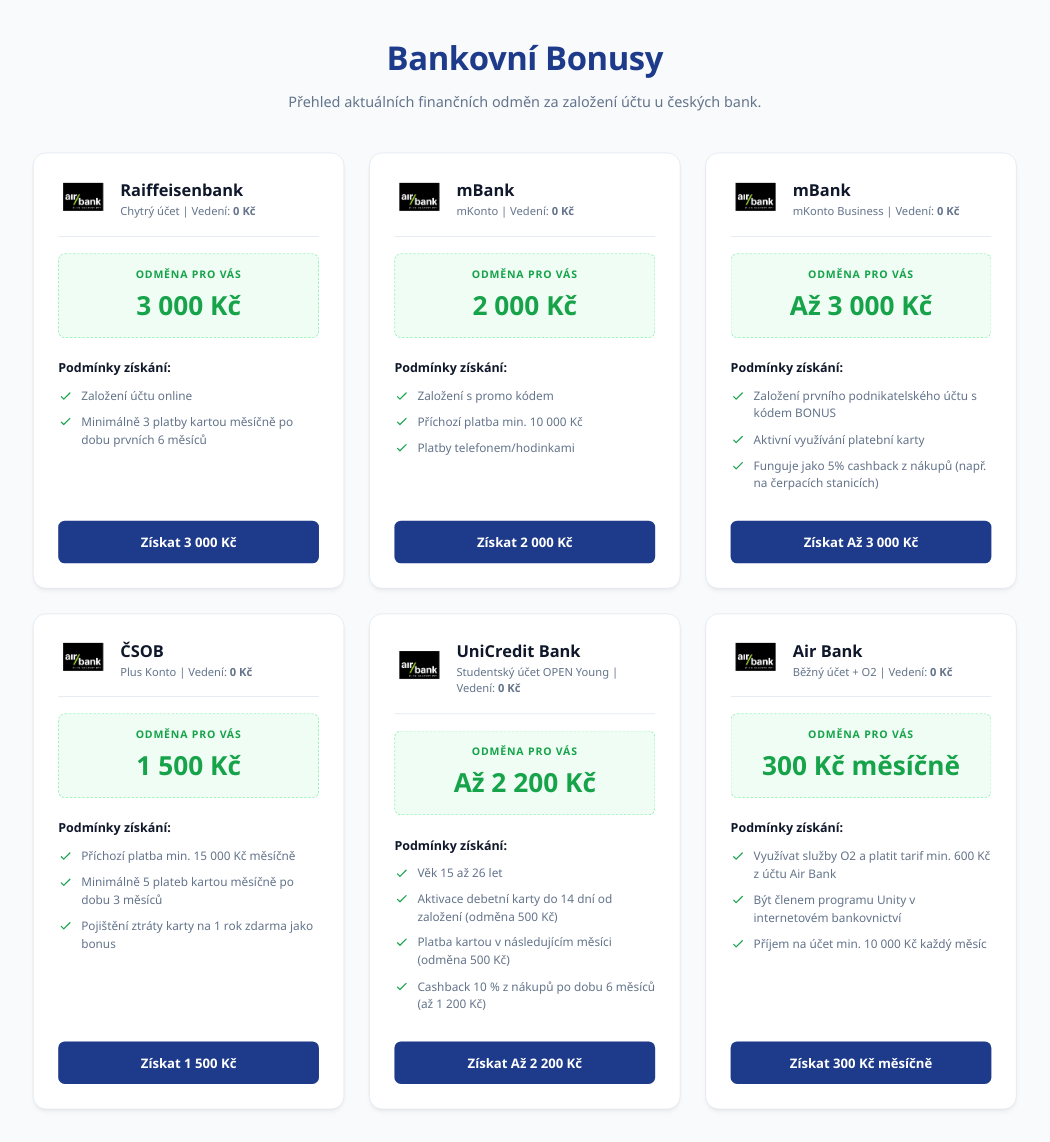
Repository: Martin49232/bankovnibonusy
Page: index.html
The author's editor kept a copy of each file at every save. The page is drawn from the files as they stood at one save, then again after the next save.
The browser window is 1280 px wide. The pictures show the whole page, at 82% of full size.

Above is the page before, as saved 2026-03-10 17:21:56.

### index.html
<!DOCTYPE html>
<!DOCTYPE html>
<html lang="cs">
<head>
    <meta charset="UTF-8">
    <meta name="viewport" content="width=device-width, initial-scale=1.0">
    <title>Bankovní Bonusy | Nejlepší účty v ČR</title>
    <style>
        :root {
            --primary: #1e3a8a;
            --success: #16a34a;
            --bg-color: #f8fafc;
            --card-bg: #ffffff;
            --text-main: #0f172a;
            --text-muted: #64748b;
            --border: #e2e8f0;
        }

        body {
            font-family: 'Segoe UI', system-ui, -apple-system, sans-serif;
            background: var(--bg-color);
            margin: 0;
            padding: 40px 20px;
            color: var(--text-main);
            line-height: 1.5;
        }

        .container {
            max-width: 1200px;
            margin: 0 auto;
        }

        header {
            text-align: center;
            margin-bottom: 50px;
        }

        h1 {
            color: var(--primary);
            font-size: 2.5rem;
            margin: 0 0 10px 0;
            letter-spacing: -0.5px;
        }

        .subtitle {
            color: var(--text-muted);
            font-size: 1.1rem;
            margin: 0;
        }

        /* Grid Layout */
        .grid {
            display: grid;
            grid-template-columns: repeat(auto-fill, minmax(340px, 1fr));
            gap: 30px;
        }

        /* Card Styling */
        .card {
            background: var(--card-bg);
            border-radius: 16px;
            padding: 30px;
            box-shadow: 0 4px 6px -1px rgba(0,0,0,0.05), 0 2px 4px -2px rgba(0,0,0,0.05);
            display: flex;
            flex-direction: column;
            border: 1px solid var(--border);
            transition: transform 0.2s ease, box-shadow 0.2s ease;
        }

        .card:hover {
            transform: translateY(-5px);
            box-shadow: 0 20px 25px -5px rgba(0,0,0,0.1), 0 8px 10px -6px rgba(0,0,0,0.1);
        }

        /* Card Header (Logo + Bank Name) */
        .card-header {
            display: flex;
            align-items: center;
            gap: 15px;
            margin-bottom: 20px;
            padding-bottom: 20px;
            border-bottom: 1px solid var(--border);
        }

        .card-header img {
            max-width: 100px;
            max-height: 40px;
            object-fit: contain;
        }

        .bank-info {
            display: flex;
            flex-direction: column;
        }

        .bank-name {
            font-size: 1.25rem;
            font-weight: 700;
            margin: 0;
        }

        .meta {
            font-size: 0.85rem;
            color: var(--text-muted);
        }

        /* Bonus Highlight */
        .bonus-wrapper {
            background: #f0fdf4;
            border: 1px dashed #86efac;
            border-radius: 8px;
            padding: 15px;
            text-align: center;
            margin-bottom: 25px;
        }

        .bonus-label {
            display: block;
            font-size: 0.8rem;
            text-transform: uppercase;
            letter-spacing: 1px;
            color: var(--success);
            font-weight: 600;
            margin-bottom: 4px;
        }

        .bonus {
            font-size: 2rem;
            font-weight: 800;
            color: var(--success);
            margin: 0;
        }

        /* Requirements List */
        .req-title {
            font-weight: 600;
            font-size: 0.95rem;
            margin-bottom: 12px;
        }

        .requirements {
            flex-grow: 1;
            font-size: 0.9rem;
            margin: 0 0 25px 0;
            padding: 0;
            color: var(--text-muted);
            list-style: none;
        }

        .requirements li {
            position: relative;
            padding-left: 28px;
            margin-bottom: 10px;
        }

        /* Custom SVG Checkmark */
        .requirements li::before {
            content: '';
            position: absolute;
            left: 0;
            top: 2px;
            width: 18px;
            height: 18px;
            background-image: url("data:[embedded picture, 228 characters]");
            background-size: contain;
            background-repeat: no-repeat;
        }

        /* Call to Action Button */
        .btn {
            display: block;
            text-align: center;
            background: var(--primary);
            color: white;
            text-decoration: none;
            padding: 14px;
            border-radius: 8px;
            font-weight: 600;
            font-size: 1rem;
            transition: background 0.2s;
        }

        .btn:hover {
            background: #1e40af;
        }
    </style>
</head>
<body>
    <div class="container">
        <header>
            <h1>Bankovní Bonusy</h1>
            <p class="subtitle">Přehled aktuálních finančních odměn za založení účtu u českých bank.</p>
        </header>

        <div id="deals-container" class="grid"></div>
    </div>

    <script>
        document.addEventListener('DOMContentLoaded', () => {
            fetch('data.json')
                .then(response => {
                    if (!response.ok) throw new Error('Network response was not ok');
                    return response.json();
                })
                .then(data => renderDeals(data))
                .catch(error => console.error('Error loading data:', error));
        });

        function renderDeals(deals) {
            const container = document.getElementById('deals-container');

            deals.forEach(deal => {
                const reqList = deal.requirements.map(req => `<li>${req}</li>`).join('');

                const card = document.createElement('div');
                card.className = 'card';

                // Constructing the new, prettier DOM structure for each card
                card.innerHTML = `
                    <div class="card-header">
                        <img src="${deal.logoUrl}" alt="${deal.bankName} logo">
                        <div class="bank-info">
                            <h2 class="bank-name">${deal.bankName}</h2>
                            <div class="meta">${deal.accountName} | Vedení: <strong>${deal.monthlyFee}</strong></div>
                        </div>
                    </div>

                    <div class="bonus-wrapper">
                        <span class="bonus-label">Odměna pro vás</span>
                        <div class="bonus">${deal.bonusAmount}</div>
                    </div>

                    <div class="req-title">Podmínky získání:</div>
                    <ul class="requirements">${reqList}</ul>

                    <a href="${deal.link}" target="_blank" rel="noopener noreferrer" class="btn">Získat ${deal.bonusAmount}</a>
                `;
                container.appendChild(card);
            });
        }
    </script>
</body>
</html>

### data.json
[
  {
    "id": "raiffeisen-chytry",
    "bankName": "Raiffeisenbank",
    "accountName": "Chytrý účet",
    "bonusAmount": "3 000 Kč",
    "requirements": [
      "Založení účtu online",
      "Minimálně 3 platby kartou měsíčně po dobu prvních 6 měsíců"
    ],
    "monthlyFee": "0 Kč",
    "link": "https://www.rb.cz/promo-odkaz",
    "logoUrl": "images/airbank.png"
  },
  {
    "id": "mbank-mkonto",
    "bankName": "mBank",
    "accountName": "mKonto",
    "bonusAmount": "2 000 Kč",
    "requirements": [
      "Založení s promo kódem",
      "Příchozí platba min. 10 000 Kč",
      "Platby telefonem/hodinkami"
    ],
    "monthlyFee": "0 Kč",
    "link": "https://www.mbank.cz/promo-odkaz",
    "logoUrl": "images/airbank.png"
  },
{
    "id": "mbank-business",
    "bankName": "mBank",
    "accountName": "mKonto Business",
    "bonusAmount": "Až 3 000 Kč",
    "requirements": [
      "Založení prvního podnikatelského účtu s kódem BONUS",
      "Aktivní využívání platební karty",
      "Funguje jako 5% cashback z nákupů (např. na čerpacích stanicích)"
    ],
    "monthlyFee": "0 Kč",
    "link": "https://www.mbank.cz/",
    "logoUrl": "images/airbank.png"
  },
  {
    "id": "csob-pluskonto",
    "bankName": "ČSOB",
    "accountName": "Plus Konto",
    "bonusAmount": "1 500 Kč",
    "requirements": [
      "Příchozí platba min. 15 000 Kč měsíčně",
      "Minimálně 5 plateb kartou měsíčně po dobu 3 měsíců",
      "Pojištění ztráty karty na 1 rok zdarma jako bonus"
    ],
    "monthlyFee": "0 Kč",
    "link": "https://www.csob.cz/",
    "logoUrl": "images/airbank.png"
  },
  {
    "id": "unicredit-student",
    "bankName": "UniCredit Bank",
    "accountName": "Studentský účet OPEN Young",
    "bonusAmount": "Až 2 200 Kč",
    "requirements": [
      "Věk 15 až 26 let",
      "Aktivace debetní karty do 14 dní od založení (odměna 500 Kč)",
      "Platba kartou v následujícím měsíci (odměna 500 Kč)",
      "Cashback 10 % z nákupů po dobu 6 měsíců (až 1 200 Kč)"
    ],
    "monthlyFee": "0 Kč",
    "link": "https://www.unicreditbank.cz/",
    "logoUrl": "images/airbank.png"
  },
  {
    "id": "airbank-bezny",
    "bankName": "Air Bank",
    "accountName": "Běžný účet + O2",
    "bonusAmount": "300 Kč měsíčně",
    "requirements": [
      "Využívat služby O2 a platit tarif min. 600 Kč z účtu Air Bank",
      "Být členem programu Unity v internetovém bankovnictví",
      "Příjem na účet min. 10 000 Kč každý měsíc"
    ],
    "monthlyFee": "0 Kč",
    "link": "https://www.airbank.cz/",
    "logoUrl": "images/airbank.png"
  }
]

After the next save:
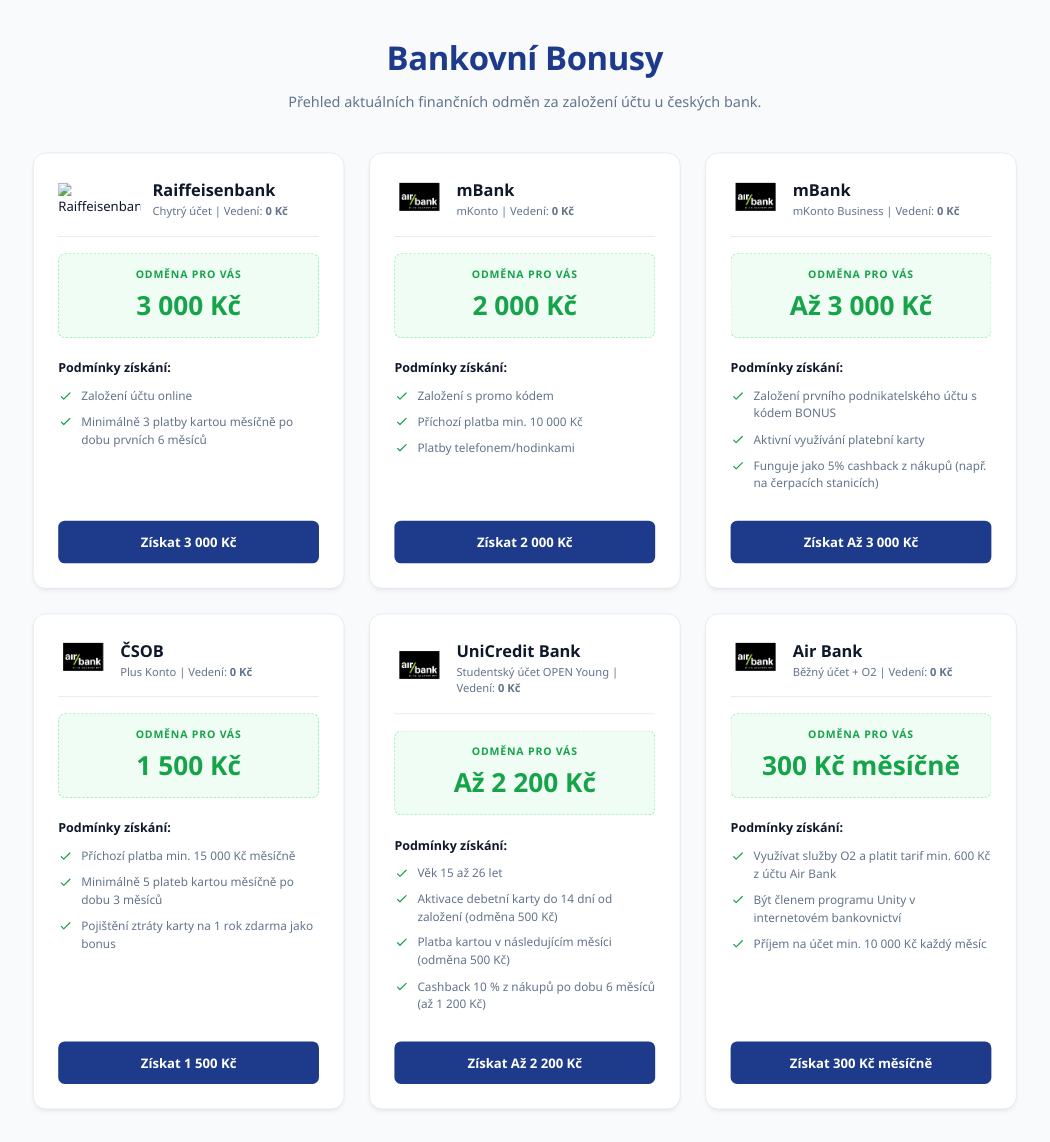
Not found: images/ra.png
Saved 5 s later.
--- a/data.json
+++ b/data.json
@@ -10,7 +10,7 @@
     ],
     "monthlyFee": "0 Kč",
     "link": "https://www.rb.cz/promo-odkaz",
-    "logoUrl": "images/airbank.png"
+    "logoUrl": "images/ra.png"
   },
   {
     "id": "mbank-mkonto",

After the 2 saves that followed:
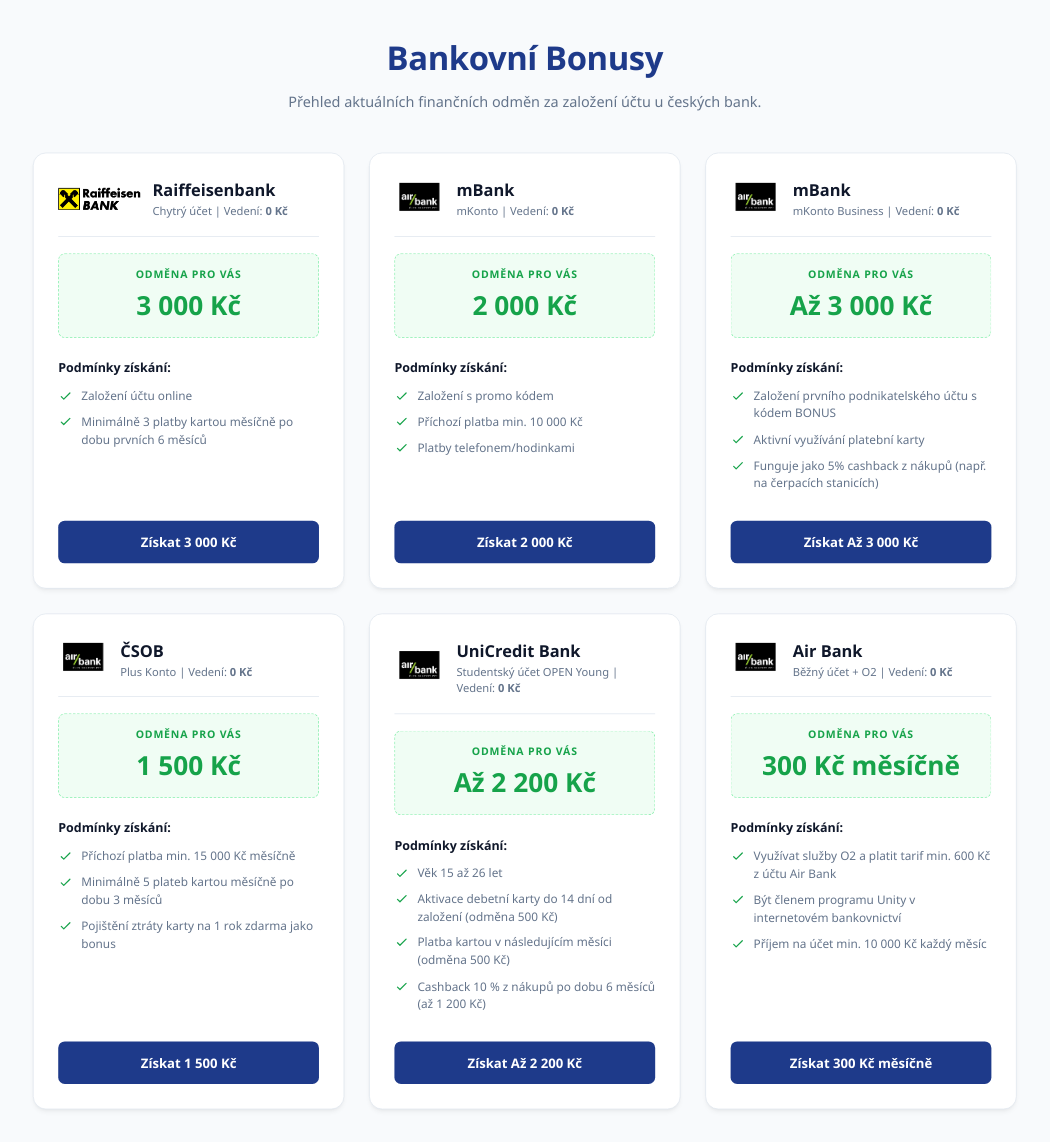
The 2 saves are shown as one change because 1 left the picture as it was.
The last was saved 13 s later.
--- a/data.json
+++ b/data.json
@@ -10,7 +10,7 @@
     ],
     "monthlyFee": "0 Kč",
     "link": "https://www.rb.cz/promo-odkaz",
-    "logoUrl": "images/ra.png"
+    "logoUrl": "images/raiffeisen.png"
   },
   {
     "id": "mbank-mkonto",
